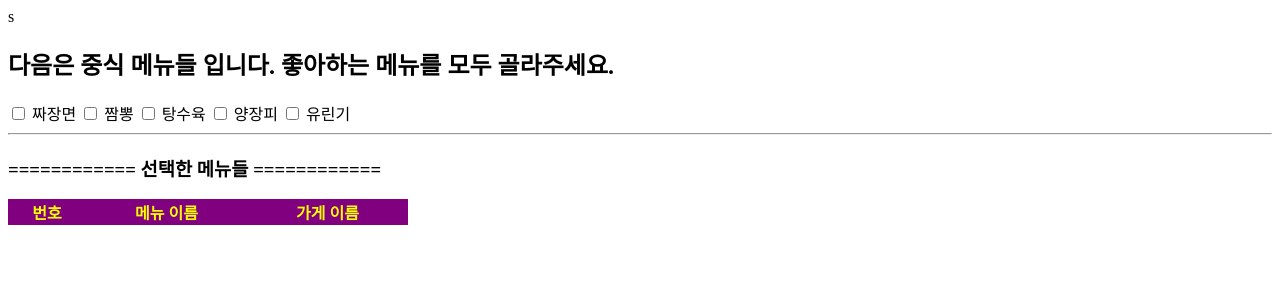
Repository: KangHoi/encore_vueWorkspace
Page: vue02_Methods/WebContent/vue08_v-model.html
The author's editor kept a copy of each file at every save. The page is drawn from the files as they stood at one save, then again after the next save.
The browser window is 1280 px wide. The pictures show the whole page.

Above is the page before, as saved 2021-07-09 02:52:26.

After the next save:
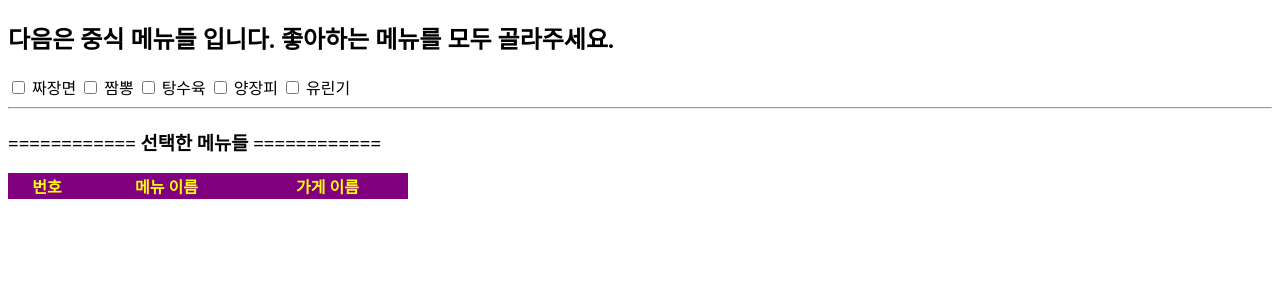
Saved 34 s later.
--- a/vue02_Methods/WebContent/vue08_v-model.html
+++ b/vue02_Methods/WebContent/vue08_v-model.html
@@ -8,7 +8,7 @@
 	#list{width:400px; border:1px; solid:  black; border-collapse:collapse;}
 	#list td, #list th{border: 1px; solid :black; text-align:center;}
 	#list>thead>tr{color: yellow; background-color: purple;}
-</style>s
+</style>
 <script src="https://cdn.jsdelivr.net/npm/vue/dist/vue.js"></script>
 
 </head>
